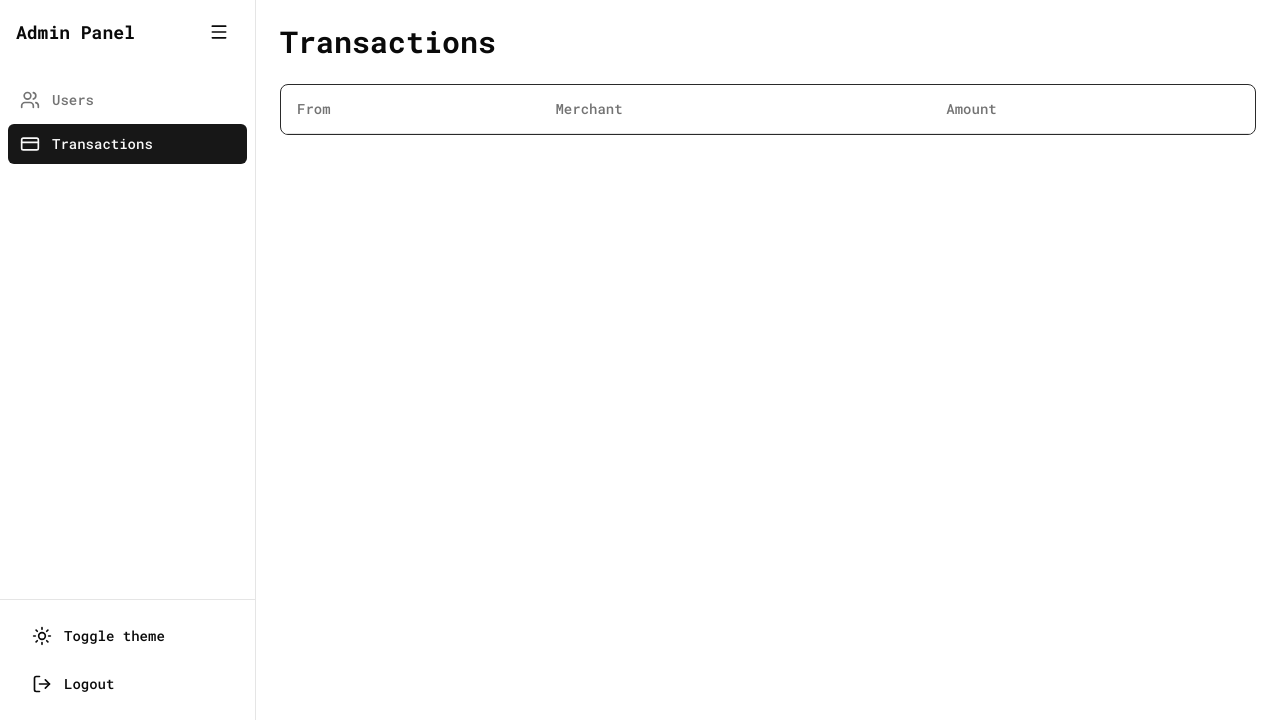
Repository: sahibjotsingh05/unicrypt
Page: /dashboard/transactions (app in web-server/admin_server/)
The author's editor kept a copy of each file at every save. The page is drawn from the files as they stood at one save, then again after the next save.
The browser window is 1280 px wide. The pictures show the whole page.
The page's requests for data from a server got no answer. The project was rebuilt for these pictures with package versions that can differ from the ones it lists, and the page was loaded fresh each time. The framework's server and built-in components were replaced by stand-ins that run in the browser. No one was signed in, and anything a server would have sent is missing. Also part of the build but not shown: web-server/admin_server/next.config.js.

Above is the page before, as saved 2025-02-17 01:56:53.

After the next save:
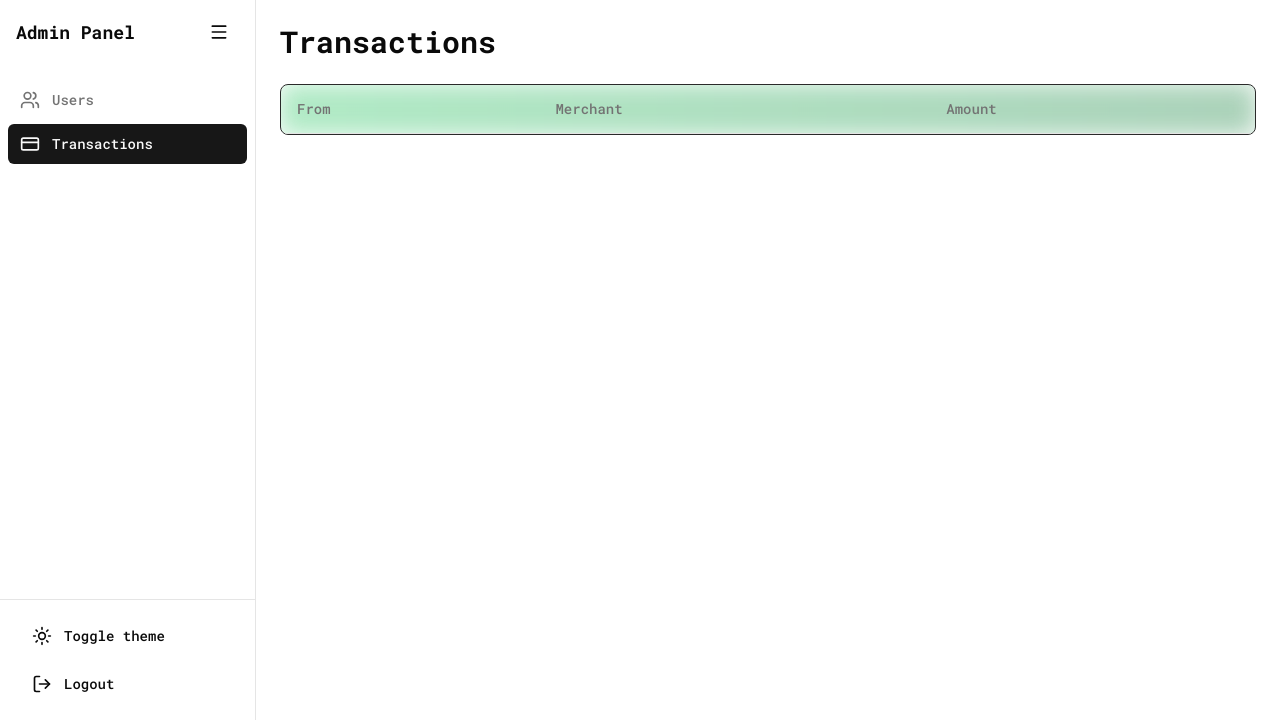
Saved 45 s later.
--- a/web-server/admin_server/app/globals.css
+++ b/web-server/admin_server/app/globals.css
@@ -121,10 +121,17 @@
 
 	.glow-container::before {
 		content: "";
-		@apply absolute -inset-0.5 rounded-lg bg-gradient-to-r from-green-500/50 to-green-700/50 opacity-0 transition duration-500 blur-md;
+		@apply absolute -inset-0.5 rounded-lg bg-gradient-to-r from-green-500/50 to-green-700/50 blur-md;
+		animation: pulse 2s cubic-bezier(0.4, 0, 0.6, 1) infinite;
 	}
 
-	.glow-container:hover::before {
-		@apply opacity-100;
+	@keyframes pulse {
+		0%,
+		100% {
+			opacity: 0.5;
+		}
+		50% {
+			opacity: 0.3;
+		}
 	}
 }

After the save that followed:
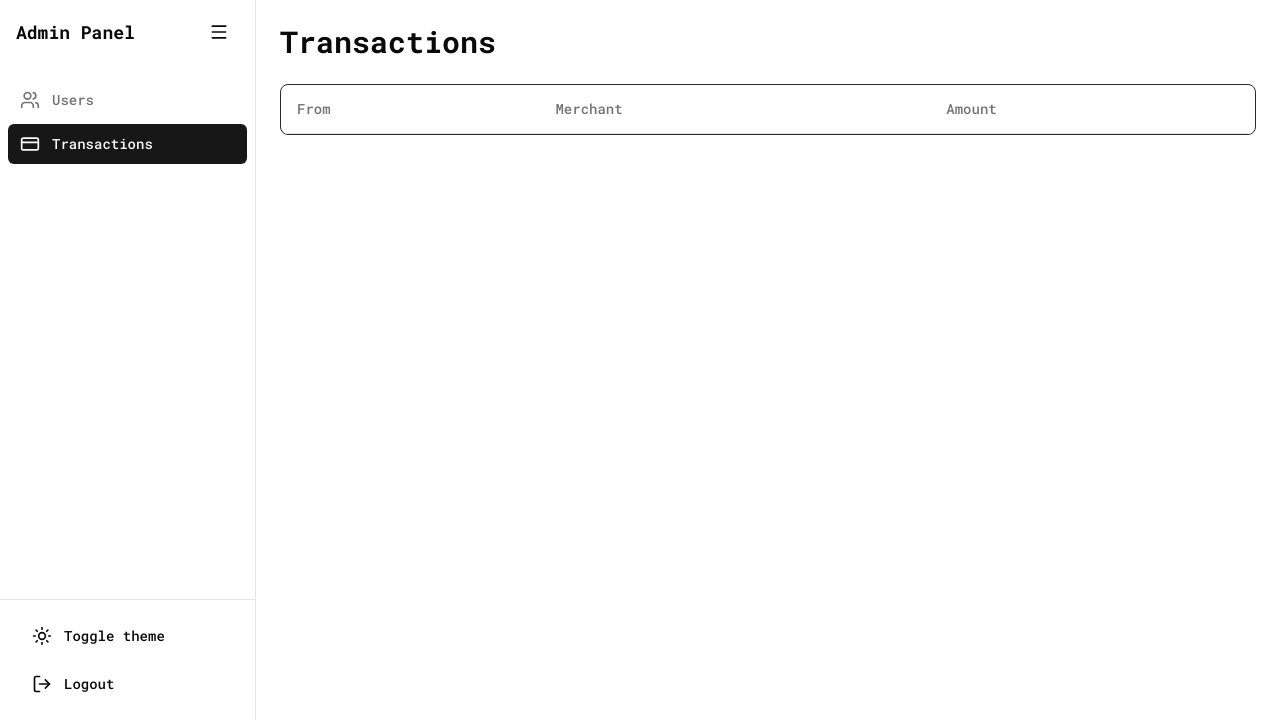
Saved 2 min 4 s later.
--- a/web-server/admin_server/app/globals.css
+++ b/web-server/admin_server/app/globals.css
@@ -116,13 +116,14 @@
 
 @layer components {
 	.glow-container {
-		@apply relative rounded-lg border border-[#2A2A2A];
+		@apply relative rounded-lg border border-[#2A2A2A] bg-background;
 	}
 
 	.glow-container::before {
 		content: "";
-		@apply absolute -inset-0.5 rounded-lg bg-gradient-to-r from-green-500/50 to-green-700/50 blur-md;
+		@apply absolute -inset-[3px] rounded-lg bg-gradient-to-r from-green-500/50 to-green-700/50 -z-10;
 		animation: pulse 2s cubic-bezier(0.4, 0, 0.6, 1) infinite;
+		filter: blur(8px);
 	}
 
 	@keyframes pulse {
